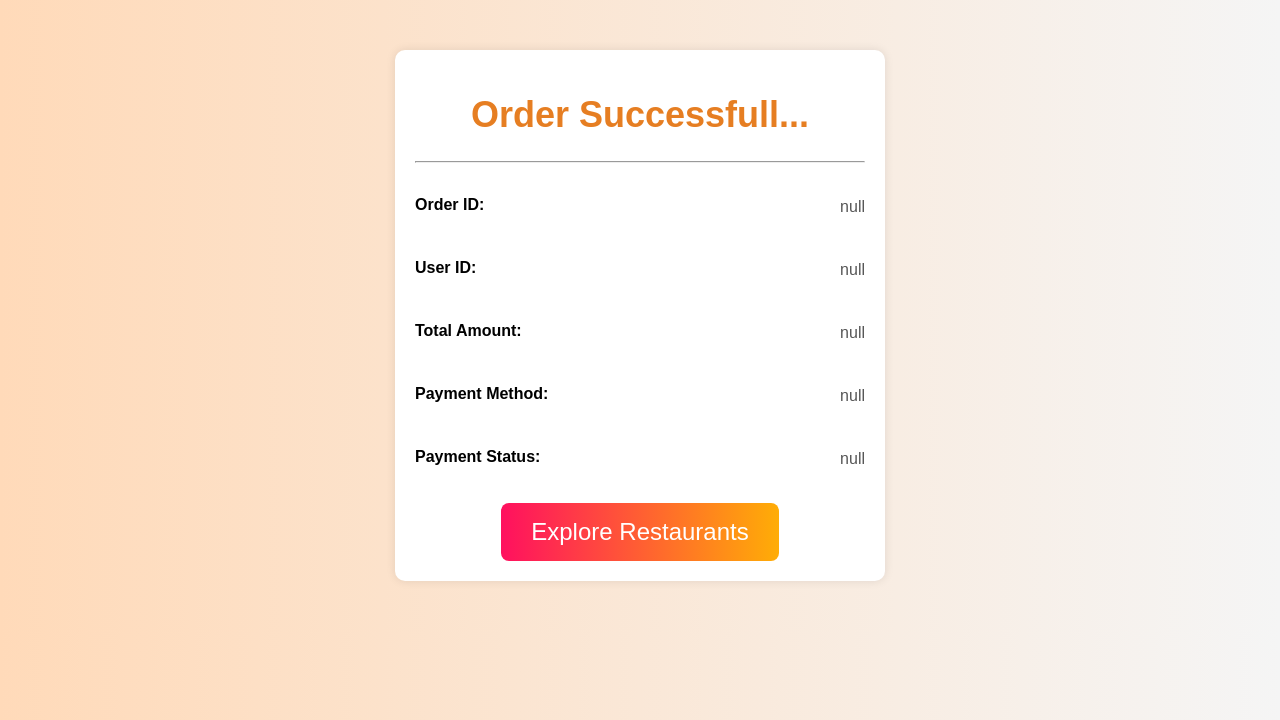
Repository: SWATHIBHUMA/FoodDelivaryApp
Page: http://localhost/FoodDelivaryApp/orderConfirmation.jsp
An editor plug-in stored every save of this project. The page is shown before and after the next save, followed by the edit.
The browser window is 1280 px wide. The pictures show the whole page.
The page is served by Tomcat 9.

Above is the page before, as saved 2024-01-16 07:45:03.

After the next save:
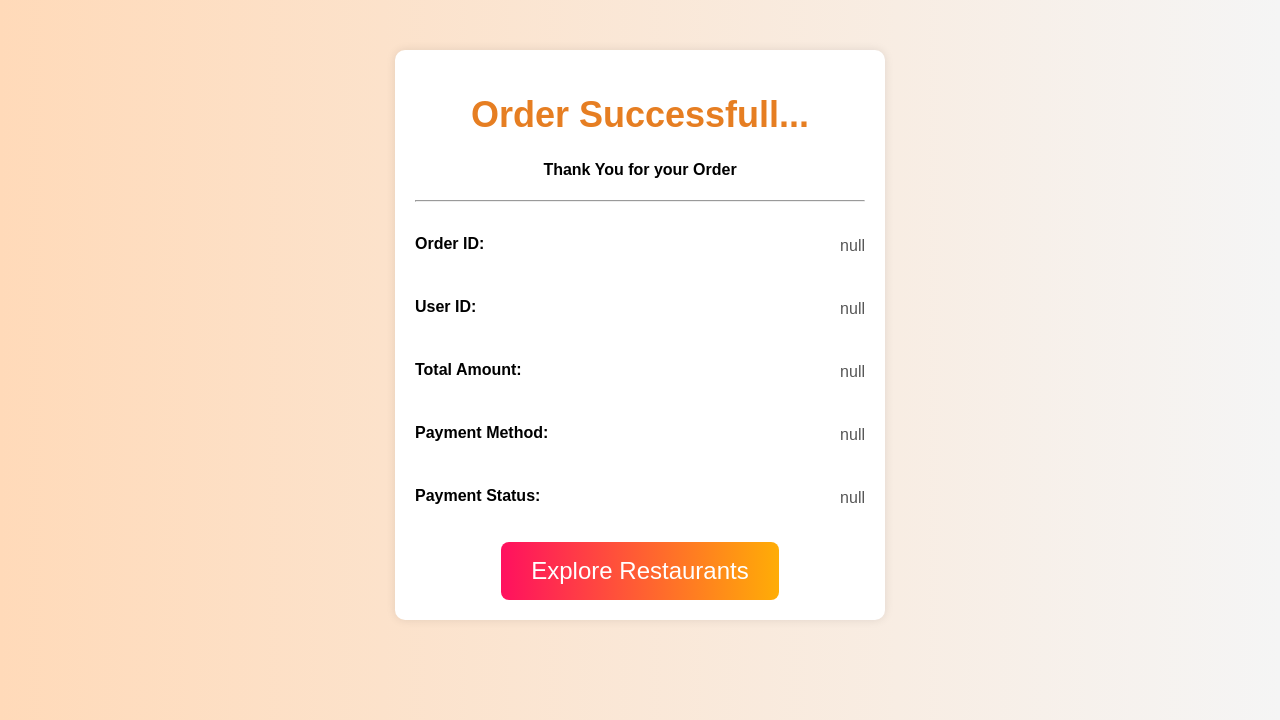
Saved 2 min 19 s later.
--- a/FoodDelivaryApp/src/main/webapp/orderConfirmation.jsp
+++ b/FoodDelivaryApp/src/main/webapp/orderConfirmation.jsp
@@ -136,6 +136,7 @@
 <body>
     <div class="container">
         <h1>Order Successfull...</h1>
+        <h4>Thank You for your Order</h4>
 		<hr>
         <div class="form-group">
             <label class="form-label">Order ID:</label>
